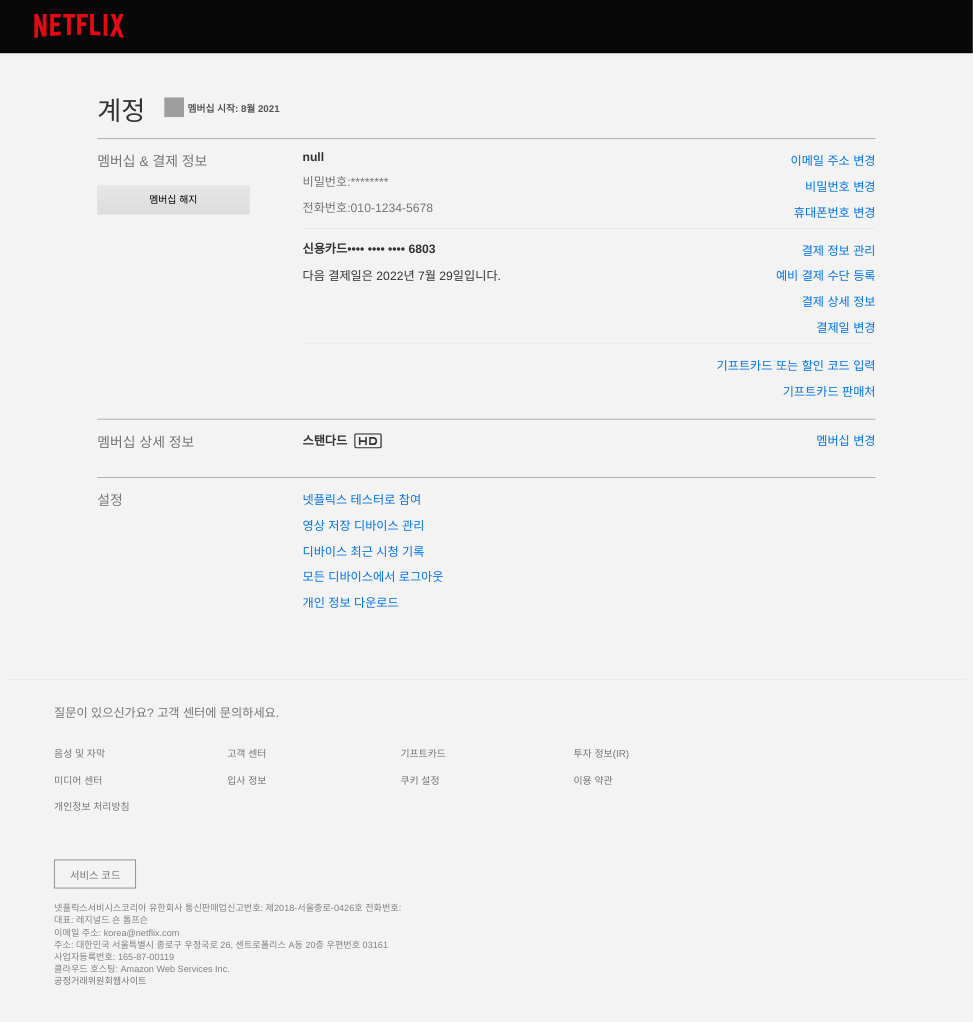
Repository: pp0321/br_clonecoding
Page: http://localhost/WebProject3/jspBR/p05.account.jsp
The author's editor kept a copy of each file at every save. The page is drawn from the files as they stood at one save, then again after the next save.
The browser window is 1280 px wide. The pictures show the whole page, at 76% of full size.
Pictures or frames that could not be fetched are drawn as grey boxes. The page is served by Tomcat 9. Other server files are loaded and not shown. Queries for data that is not in the repository find no rows.

Above is the page before, as saved 2022-08-05 05:26:05.

### WebProject3/WebContent/jspBR/p05.account.jsp
<%@ page language="java" contentType="text/html; charset=UTF-8"
    pageEncoding="UTF-8"%>
    <%@ page import="com.cy.dao.*" %>
    <%@ page import="com.cy.dto.*" %>
<%@page import="java.sql.Connection"%>
<%@page import="java.sql.DriverManager"%>
<%@page import="java.sql.ResultSet"%>
<%@page import="java.sql.PreparedStatement"%>
<!DOCTYPE html>
<html>
<head>
<meta charset="UTF-8">
<link rel="stylesheet" href="css/p05.account.css">
<title>넷플릭스 계정 메인</title>
<%

	String str = (String)request.getAttribute("profileId");
	int profileId = 0;
	if(str != null){
		profileId = Integer.parseInt(str);
	}

	String str2 = (String)request.getAttribute("member_id");
	int memberId = 0;
	if(str2 != null){
		memberId = Integer.parseInt(str2);
	}

	Connection conn = DBConnection.getConnection();

	String sql = "select email_address from member where member_id = ?";
	PreparedStatement pstmt = conn.prepareStatement(sql);
	pstmt.setInt(1,memberId);
	ResultSet rs = pstmt.executeQuery();

	String emailAddress = null;
	if(rs.next()) {
		emailAddress = rs.getString("email_address");
	}
%>
<script src="../js/jquery-3.6.0.min.js"></script>
<script src="../js/common_headerBR.js"></script>

<script>
		$(function(){
			$(".copy-text-block").click(function(){
				alert("준비중입니다");
			});
		});

		/* $(function(){
			$("#netflix-logo").click(function (){
				location.href="index.jsp";
			});
		});  */


		$(function(){
			$(".profile-links").click(function(){
				alert("준비중입니다");
			});
		});

		$(function(){});

	</script>

</head>


<body>
	<%@ include file = "headerBR.jspf" %>

<div class="bd">
	<div class="responsive-account-container">
		<div>
			<h1 class="account-header account-header-inline">계정</h1>
			<div class="account-section-membersince" data-uia="member-since">
				<div class="account-section-membersince--svg"></div>
				멤버십 시작: 8월 2021
			</div>
			<div class="account-pre-messages-container"
				data-uia="account-pre-messages-container"></div>
			<div class="account-messages-container"></div>
			<div class="responsive-account-content" data-uia="account-content">
				<div
					class="account-section collapsable-panel clearfix membership-section-wrapper membership-section-with-button"
					data-uia="membership-section">
					<header class="account-section-header collapsable-section-toggle">
						<h2 class="account-section-heading">
							멤버십 &amp; 결제 정보
							<button class="btn account-cancel-button btn-plain btn-small"
								type="button" autocomplete="off" tabindex="0"
								data-uia="action-cancel-plan">
								<span>멤버십 해지</span>
							</button>
						</h2>
					</header>
					<section
						class="collapsable-section-content account-section-content">
						<div class="account-subsection clearfix">
							<div class="clearfix">
								<div class="account-section-group">
									<div data-uia="account-email"
										class="account-section-item account-section-email">
										<%=emailAddress %>
									</div>
									<div data-uia="account-password"
										class="account-section-item account-section-item-disabled">
										비밀번호:********</div>
									<div data-uia="account-phone"
										class="account-section-item account-section-item-disabled">
										전화번호:010-1234-5678</div>
								</div>
								<div class="account-section-group">
									<div class="account-section-item">
										<a data-uia="account-email-link" class="account-section-link"
											href="p06.account.jsp?profile_id=<%=profileId%>">
											이메일 주소  변경</a>
									</div>
									<div class="account-section-item">
										<a data-uia="account-password-link"
											class="account-section-link"
											href="p09.account.jsp">
											비밀번호 변경</a>
									</div>
									<div class="account-section-item">
										<a data-uia="account-phone-link" class="account-section-link"
											href="p10.account.jsp">
											휴대폰번호 변경</a>
									</div>
								</div>
							</div>
						</div>
						<div class="account-subsection clearfix light-divider">
							<div data-uia="wallet-subsection">
								<div class="account-subsection-borderless clearfix"
									data-uia="account-subsection-standard">
									<div class="account-section-group payment-details -wide">
										<div class="account-section-item">
											<div class="wallet--mop" data-uia="wallet-mop">
												<span class="" data-uia="payment-icon"><span
													class="text-payment" data-uia="payment-text">신용카드</span> </span><span
													id="" class="mopType" data-uia="mopType">•••• ••••
													•••• 6803</span>
											</div>
										</div>
										<div id="" class="account-section-item"
											data-uia="nextBillingDate-item">다음 결제일은 2022년 7월
											29일입니다.</div>
									</div>
									<div class="account-section-group -thin">
										<div class="account-section-item">
											<a class="account-section-link"
												data-uia="action-update-payment"
												href="/simplemember/managepaymentinfo">결제 정보 관리</a>
										</div>
										<div class="account-section-item">
											<a class="account-section-link"
												data-uia="wallet-subsection-add-backup-mop-link"
												href="/simplemember/paymentpicker">예비 결제 수단 등록</a>
										</div>
										<div class="account-section-item">
											<a class="account-section-link"
												data-uia="account-view-billing" href="/BillingActivity">결제
												상세 정보</a>
										</div>
										<div class="account-section-item">
											<a class="account-section-link"
												data-uia="action-update-billing-date"
												href="/simplemember/billingdateedit">결제일 변경</a>
										</div>
									</div>
								</div>
							</div>
						</div>
						<div
							class="account-subsection clearfix is-external-gift-redemption light-divider">
							<div class="clearfix">
								<div class="u-ta-right-desktop gifts-link-group">
									<div class="account-section-item account-section-item">
										<a class="account-section-link" data-uia="action-redeem-link"
											href="/redeem">기프트카드 또는 할인 코드 입력</a>
									</div>
									<div class="account-section-item account-section-item">
										<a class="account-section-link"
											data-uia="action-gift-cards-link" href="/gift-cards"
											target="_blank" rel="noopener noreferrer">기프트카드 판매처</a>
									</div>
								</div>
							</div>
						</div>
					</section>
				</div>
				<div class="account-section collapsable-panel clearfix"
					data-uia="plan-section">
					<header class="account-section-header collapsable-section-toggle">
						<h2 class="account-section-heading">멤버십 상세 정보</h2>
					</header>
					<section
						class="collapsable-section-content account-section-content">
						<div class="account-subsection clearfix">
							<div class="clearfix">
								<div class="account-section-group">
									<div class="account-section-item" data-uia="plan-label">
										<b>스탠다드</b>
										<svg viewBox="0 0 1740 960" class="quality-icon">
                                       <g stroke="none"
												stroke-width="1" fill="none" fill-rule="evenodd">
                                           <path
												d="M700,549 L398,549 L398,746 L300,746 L300,247 L398,247 L398,443 L700,443 L700,247 L799,247 L799,746 L700,746 L700,549 Z M1196,247 C1271,247 1326,260 1359,286 C1387,306 1408,335 1424,372 C1440,408 1448,449 1448,493 C1448,591 1419,661 1359,706 C1326,732 1271,746 1196,746 L950,746 L950,247 L1196,247 Z M1186,639 C1316,639 1343,562 1343,493 C1343,427 1329,351 1186,351 L1048,351 L1048,639 L1186,639 Z"
												fill="currentColor"></path>
                                           <path
												d="M1608.00019,0 C1681.00009,0 1740,59 1740,132 L1740,827 C1740,868.423884 1721.51202,905.147426 1692.42954,929.452533 C1669.55882,948.56629 1640.13605,960 1608.00019,960 L133.999803,960 C58.9999134,960 0,901 0,827 L0,132 C0,59 58.9999134,0 133.999803,0 L1608.00019,0 Z M133.999803,80 C103.999847,80 79.9998826,103 79.9998826,132 L79.9998826,827 C79.9998826,857 103.999847,880 133.999803,880 L1608.00019,880 C1637.00015,880 1660.00012,856 1660.00012,827 L1660.00012,132 C1660.00012,103 1637.00015,80 1608.00019,80 L133.999803,80 Z"
												fill="currentColor"></path>
                                       </g>
                                   </svg>
									</div>
								</div>
								<div class="account-section-group">
									<div class="account-section-item">
										<a data-uia="action-change-plan" class="account-section-link"
											href="/ChangePlan">멤버십 변경</a>
									</div>
								</div>
							</div>
							<div class="account-subsection clearfix">
								<div class="account-section-group -full">
									<p class="account-addendum"></p>
									<p class="account-addendum"></p>
								</div>
							</div>
						</div>
					</section>
				</div>
				<!-- <div class="account-section collapsable-panel clearfix"
					data-uia="profile-section">
					<header class="account-section-header collapsable-section-toggle">
						<h2 class="account-section-heading">프로필 &amp; 자녀 보호 설정</h2>
					</header>
					<section
						class="collapsable-section-content account-section-content">
						<div class="account-subsection clearfix">
							<div class="profile-hub">
								<ul>
									<li class="single-profile" data-uia="single-profile-0" id="profile_0">
										<div aria-expanded="false" class="profile-header">
											<img class="activeProfile"
												src="https://occ-0-3076-993.1.nflxso.net/dnm/api/v6/K6hjPJd6cR6FpVELC5Pd6ovHRSk/AAAABYIjCX1PBV_-B6KFbyhlYhx0sAH67wzO645FWG75LyJIhL8b8dtEoqoA9it8uwA-4mDX1E9Kr7iLrcKnAeJVJyzUd3-uNa1MVA.png?r=869"
												alt="">
											<div class="profile-summary">
												<h3>뽀로로</h3>
												<div>모든 관람등급</div>
											</div>
											<button class="profile-action-icons" aria-label=""
												style="border: none;" aria-controls="profile_0">
												<svg width="24" height="24" viewBox="0 0 24 24" fill="none"
													xmlns="http://www.w3.org/2000/svg"
													class="svg-icon svg-icon-chevron-down">
	                                              <path
														fill-rule="evenodd" clip-rule="evenodd"
														d="M19.293 7.29297L12.0001 14.5859L4.70718 7.29297L3.29297 8.70718L11.293 16.7072C11.4805 16.8947 11.7349 17.0001 12.0001 17.0001C12.2653 17.0001 12.5196 16.8947 12.7072 16.7072L20.7072 8.70718L19.293 7.29297Z"
														fill="currentColor"></path>
	                                          </svg>
											</button>
										</div>
										<ul class="profile-links" style="display:none;">
											<li class="account-section-item">
											<a	class="profile-link"data-uia="action-language-preferences">
												<div class="profile-main">
													<h4>언어</h4>
														한국어
												</div>
											</a>
											</li>
											<li class="account-section-item"><a
												class="profile-link"
												href="/settings/restrictions/LWO42JP6PFCNNFICWA6HOVA6F4"
												data-uia="action-content-restrictions">
													<div class="profile-main">
														<h4>시청 제한</h4>
														<div>제한 없음.</div>
													</div>
													<div class="profile-change">변경</div>
											</a></li>
											<li class="account-section-item"><a
												class="profile-link"
												href="/settings/lock/LWO42JP6PFCNNFICWA6HOVA6F4"
												data-uia="action-profile-lock">
													<div class="profile-main">
														<h4>프로필 잠금</h4>
														꺼짐
													</div>
													<div class="profile-change">변경</div>
											</a></li>
											<li class="account-section-item"><a
												class="profile-link"
												href="/settings/viewed/LWO42JP6PFCNNFICWA6HOVA6F4"
												data-uia="action-viewing-activity">
													<div class="profile-main">
														<h4>시청 기록</h4>
													</div>
													<div class="profile-change">보기</div>
											</a></li>
											<li class="account-section-item"><a
												class="profile-link"
												href="/settings/rated/LWO42JP6PFCNNFICWA6HOVA6F4"
												data-uia="action-rating-activity">
													<div class="profile-main">
														<h4>평가한 콘텐츠</h4>
													</div>
													<div class="profile-change">보기</div>
											</a></li>
											<li class="account-section-item"><a
												class="profile-link"
												href="/settings/playback/LWO42JP6PFCNNFICWA6HOVA6F4"
												data-uia="action-video-quality">
													<div class="profile-main">
														<h4>재생 설정</h4>
														다음 화 자동 재생. 미리보기 자동 재생. 자동 설정된 화질 및 음질.
													</div>
													<div class="profile-change">변경</div>
											</a></li>
											<li class="account-section-item"><a
												class="profile-link"
												href="/EmailPreferences/LWO42JP6PFCNNFICWA6HOVA6F4"
												data-uia="action-communication-preferences">
													<div class="profile-main">
														<h4>커뮤니케이션 설정</h4>
													</div>
													<div class="profile-change">변경</div>
											</a></li>
											<li class="account-section-item"><a
												class="profile-link"
												href="/marketingcommunications/LWO42JP6PFCNNFICWA6HOVA6F4"
												data-uia="action-marketing-preferences">
													<div class="profile-main">
														<h4>마케팅 커뮤니케이션</h4>
													</div>
													<div class="profile-change">변경</div>
											</a></li>
										</ul>
									</li>
									<li class="single-profile" data-uia="single-profile-1" id="profile_1">
										<div aria-expanded="false" class="profile-header">
											<img class="activeProfile"
												src="https://occ-0-3076-993.1.nflxso.net/dnm/api/v6/K6hjPJd6cR6FpVELC5Pd6ovHRSk/AAAABTOIZ3WKqNcwPn3Q9mhMYiey8jy1rToyGXA3rnsvMq5pWhIVwNtfE3RSmCVGwj5i07T1id83mLvznlXcdZw8-HOrwihdjt3mIw.png?r=fcd"
												alt="">
											<div class="profile-summary">
												<h3>크롱</h3>
												<div>모든 관람등급</div>
											</div>
											<button class="profile-action-icons" aria-label=""
												style="border: none;" aria-controls="profile_1">
												<svg width="24" height="24" viewBox="0 0 24 24" fill="none"
													xmlns="http://www.w3.org/2000/svg"
													class="svg-icon svg-icon-chevron-down">
	                                              <path
														fill-rule="evenodd" clip-rule="evenodd"
														d="M19.293 7.29297L12.0001 14.5859L4.70718 7.29297L3.29297 8.70718L11.293 16.7072C11.4805 16.8947 11.7349 17.0001 12.0001 17.0001C12.2653 17.0001 12.5196 16.8947 12.7072 16.7072L20.7072 8.70718L19.293 7.29297Z"
														fill="currentColor"></path>
	                                          </svg>
											</button>
										</div>
										<ul class="profile-links" style="display:none;">
												<li class="account-section-item"><a
													class="profile-link"
													href="/settings/language/6IMTSN53VFHMDG5RDSAMROD76Y"
													data-uia="action-language-preferences">
														<div class="profile-main">
															<h4>언어</h4>
															한국어
														</div>
														<div class="profile-change">변경</div>
												</a></li>
												<li class="account-section-item"><a
													class="profile-link"
													href="/settings/restrictions/6IMTSN53VFHMDG5RDSAMROD76Y"
													data-uia="action-content-restrictions">
														<div class="profile-main">
															<h4>시청 제한</h4>
															<div>제한 없음.</div>
														</div>
														<div class="profile-change">변경</div>
												</a></li>
												<li class="account-section-item"><a
													class="profile-link"
													href="/settings/lock/6IMTSN53VFHMDG5RDSAMROD76Y"
													data-uia="action-profile-lock">
														<div class="profile-main">
															<h4>프로필 잠금</h4>
															꺼짐
														</div>
														<div class="profile-change">변경</div>
												</a></li>
												<li class="account-section-item"><a
													class="profile-link"
													href="/settings/viewed/6IMTSN53VFHMDG5RDSAMROD76Y"
													data-uia="action-viewing-activity">
														<div class="profile-main">
															<h4>시청 기록</h4>
														</div>
														<div class="profile-change">보기</div>
												</a></li>
												<li class="account-section-item"><a
													class="profile-link"
													href="/settings/rated/6IMTSN53VFHMDG5RDSAMROD76Y"
													data-uia="action-rating-activity">
														<div class="profile-main">
															<h4>평가한 콘텐츠</h4>
														</div>
														<div class="profile-change">보기</div>
												</a></li>
												<li class="account-section-item"><a
													class="profile-link"
													href="/settings/playback/6IMTSN53VFHMDG5RDSAMROD76Y"
													data-uia="action-video-quality">
														<div class="profile-main">
															<h4>재생 설정</h4>
															다음 화 자동 재생. 미리보기 자동 재생. 자동 설정된 화질 및 음질.
														</div>
														<div class="profile-change">변경</div>
												</a></li>
											</ul>
										</li>
									</ul>
								</div>
							</div>
						</section>
					</div> -->
			<div class="account-section collapsable-panel clearfix"
				data-uia="settings-section">
				<header class="account-section-header collapsable-section-toggle">
					<h2 class="account-section-heading">설정</h2>
				</header>
				<section
					class="collapsable-section-content account-section-content">
					<div class="account-subsection clearfix">
						<div class="clearfix">
							<div class="account-section-group">
								<div>
									<div class="account-section-item account-section-item">
										<a class="account-section-link" href=""
											data-uia="action-test-participation">넷플릭스 테스터로 참여</a>
									</div>
									<div class="account-section-item account-section-item">
										<a class="account-section-link" href=""
											data-uia="action-device-management">영상 저장 디바이스 관리</a>
									</div>
									<div class="account-section-item">
										<a class="account-section-link"
											data-uia="action-account-access" href="">디바이스 최근 시청 기록</a>
									</div>
									<div class="account-section-item">
										<a class="account-section-link" href="/ManageDevices"
											data-uia="action-sign-out-all-devices">모든 디바이스에서 로그아웃</a>
									</div>
									<div class="account-section-item">
										<a data-uia="external-data-request-link"
											class="account-section-link" href="">개인 정보 다운로드</a>
									</div>
								</div>
							</div>
							<div class="account-section-group left-align"></div>
						</div>


							</div>
						</section>
					</div>
				</div>
			</div>
		</div>
	</div>


<%@ include file = "bottom-service-centerBR.jspf" %>




</body>

</html>

### WebProject3/src/com/cy/dao/DBConnection.java
package com.cy.dao;

import java.sql.Connection;
import java.sql.DriverManager;

public class DBConnection {

	private static Connection conn = null;

	public static Connection getConnection() {
		if(conn != null) {	//이미 접속한 경우
			return conn;
		}else {		//새롭게 접속을 해야하는 경우
			String driver = "oracle.jdbc.driver.OracleDriver";
			String url = "jdbc:oracle:thin:@192.168.1.12:1521:xe";
			String dbID = "oraclePort";
			String dbPW = "1234";

			try {
				Class.forName(driver);
				conn = DriverManager.getConnection(url, dbID, dbPW);
			}catch(Exception e) {
				e.printStackTrace();
			}
			return conn;
		}
	}


}

Loaded but not shown: WebProject3/WebContent/js/jquery-3.6.0.min.js (library); WebProject3/WebContent/js/common_headerBR.js (40 lines, source omitted); WebProject3/WebContent/jspBR/css/p05.account.css (702 lines, source omitted); WebProject3/WebContent/jspBR/headerBR.jspf (71 lines, source omitted); WebProject3/WebContent/jspBR/bottom-service-centerBR.jspf (86 lines, source omitted)

After the next save:
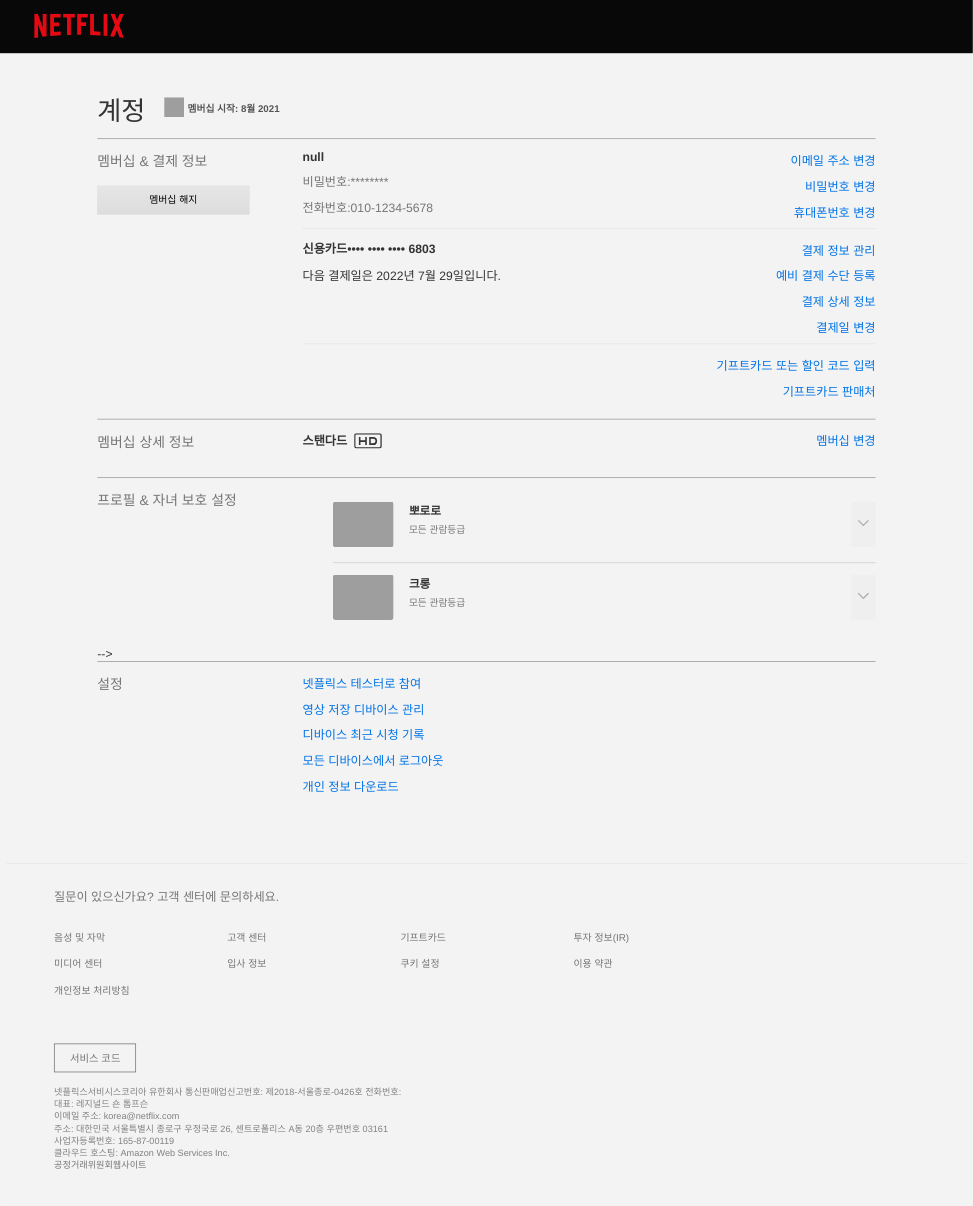
Saved 6 min 22 s later.
--- a/WebProject3/WebContent/jspBR/p05.account.jsp
+++ b/WebProject3/WebContent/jspBR/p05.account.jsp
@@ -233,7 +233,7 @@
 						</div>
 					</section>
 				</div>
-				<!-- <div class="account-section collapsable-panel clearfix"
+				<div class="account-section collapsable-panel clearfix"
 					data-uia="profile-section">
 					<header class="account-section-header collapsable-section-toggle">
 						<h2 class="account-section-heading">프로필 &amp; 자녀 보호 설정</h2>

After the save that followed:
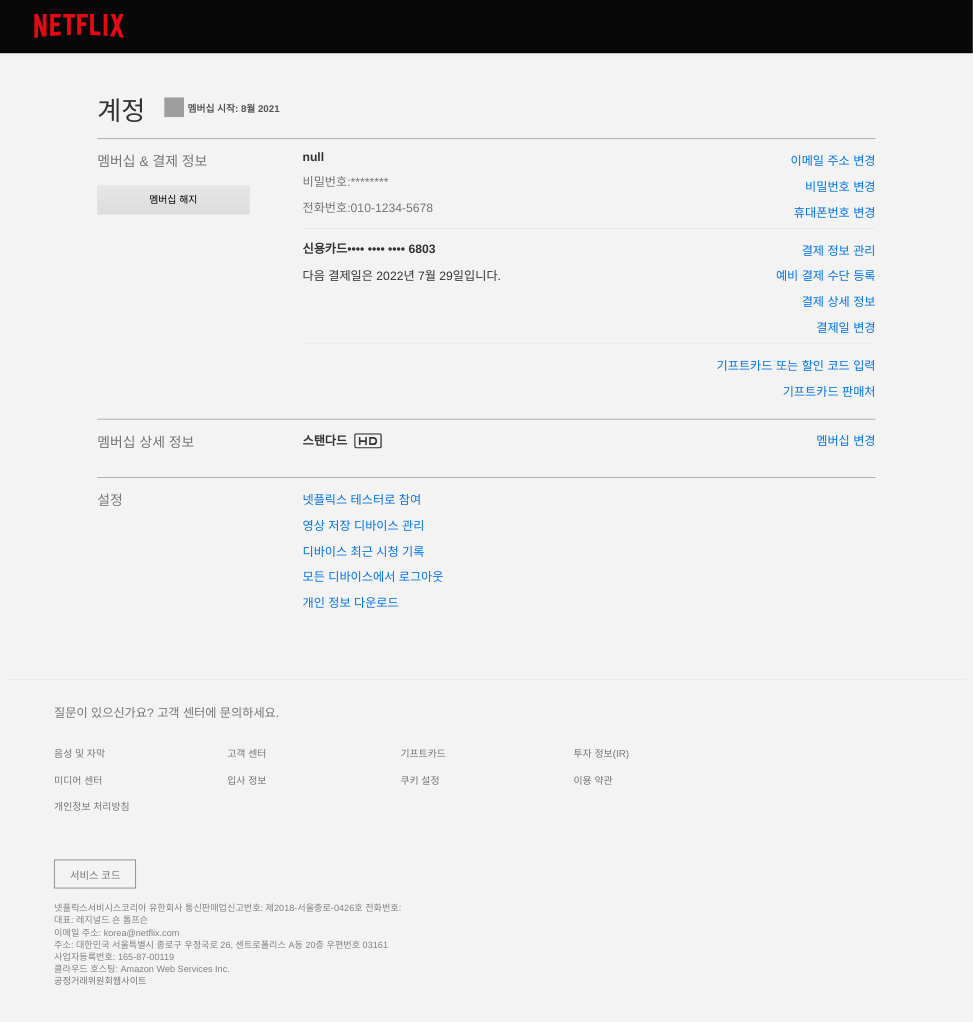
Saved 77 s later.
--- a/WebProject3/WebContent/jspBR/p05.account.jsp
+++ b/WebProject3/WebContent/jspBR/p05.account.jsp
@@ -233,7 +233,7 @@
 						</div>
 					</section>
 				</div>
-				<div class="account-section collapsable-panel clearfix"
+				<!-- <div class="account-section collapsable-panel clearfix"
 					data-uia="profile-section">
 					<header class="account-section-header collapsable-section-toggle">
 						<h2 class="account-section-heading">프로필 &amp; 자녀 보호 설정</h2>
